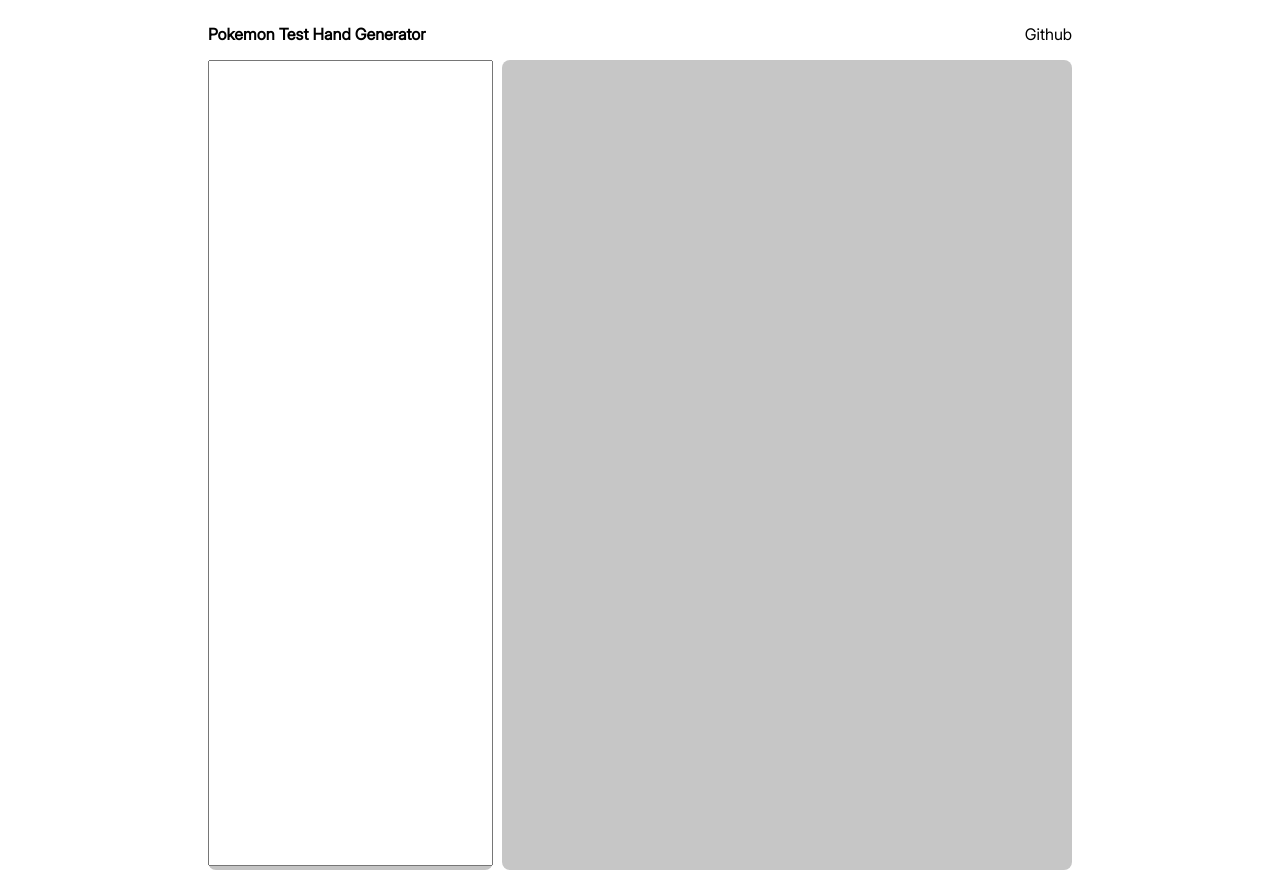
Repository: danielj1415/test-hand-simulator
Page: /
The author's editor kept a copy of each file at every save. The page is drawn from the files as they stood at one save, then again after the next save.
The browser window is 1280 px wide. The pictures show the whole page.
The project was rebuilt for these pictures with package versions that can differ from the ones it lists, and the page was loaded fresh each time. Also part of the build but not shown: vite.config.ts, src/index.css.

Above is the page before, as saved 2024-10-30 17:53:53.

After the next save:
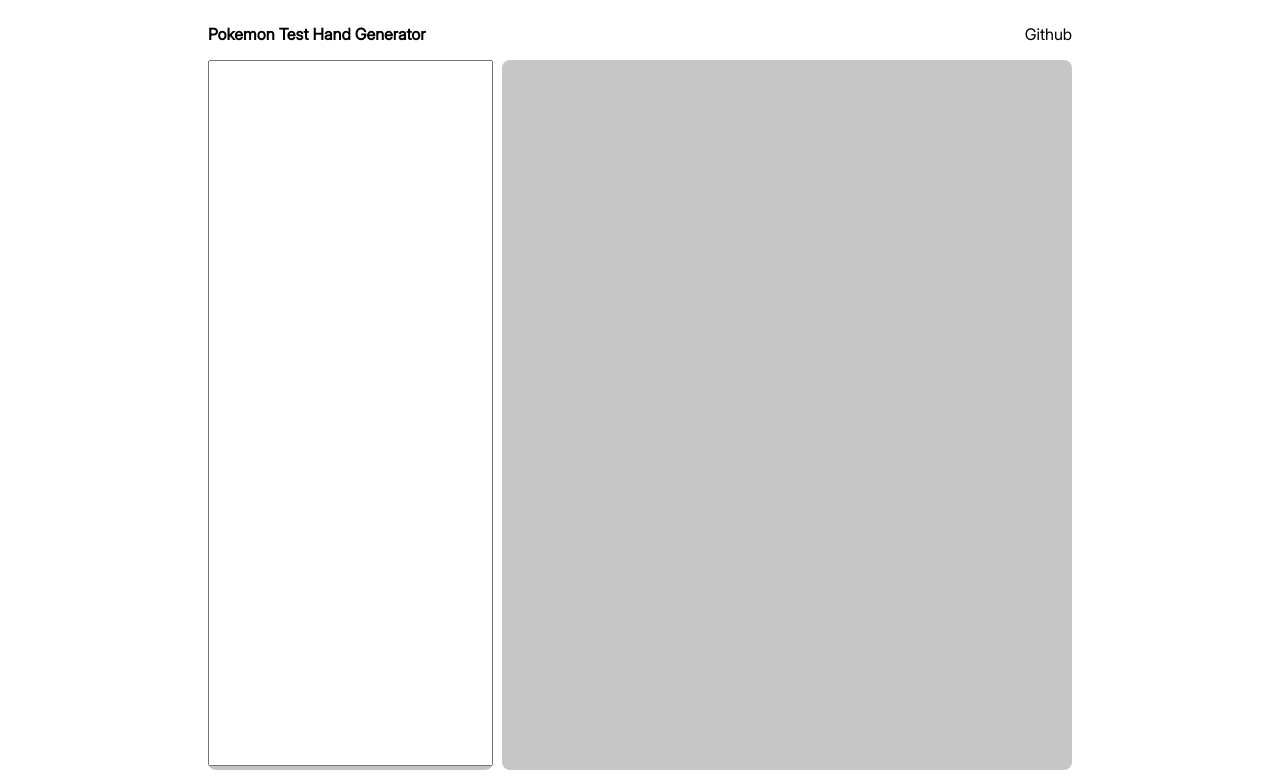
Saved 15 s later.
--- a/src/App.css
+++ b/src/App.css
@@ -48,6 +48,6 @@ input{
 
 .deckInputDiv{
   width: 98%;
-  height: 800px;
+  height: 700px;
   resize: none;
 }
